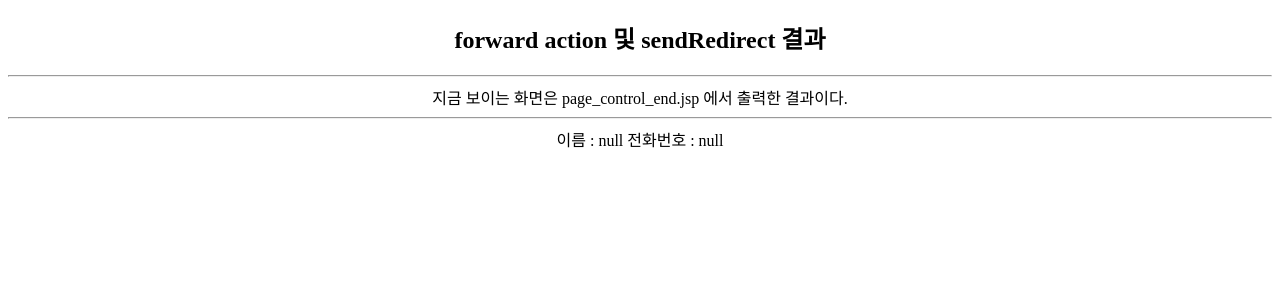
Repository: donggeonoh/My_Source
Page: http://localhost/WebProgramming/ch06/forward_action2.jsp
An editor plug-in stored every save of this project. The page is shown before and after the next save, followed by the edit.
The browser window is 1280 px wide. The pictures show the whole page.
The page is served by Tomcat 9.

Above is the page before, as saved 2016-10-13 10:47:45.

After the next save:
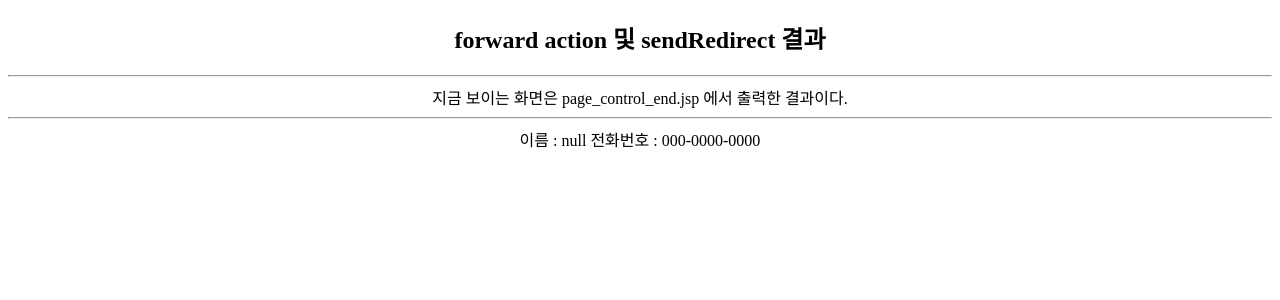
Saved 80 s later.
--- a/JSP-Web Source/WebProgramming/WebContent/ch06/forward_action2.jsp
+++ b/JSP-Web Source/WebProgramming/WebContent/ch06/forward_action2.jsp
@@ -2,7 +2,7 @@
     pageEncoding="UTF-8"%>
 <%request.setCharacterEncoding("UTF-8"); %>
 <jsp:forward page = "page_control_end.jsp">
-	<jsp:param value="tel" name="000-0000-0000"/>
+	<jsp:param name="tel" value="000-0000-0000"/>
 </jsp:forward>
 <!DOCTYPE html PUBLIC "-//W3C//DTD HTML 4.01 Transitional//EN" "http://www.w3.org/TR/html4/loose.dtd">
 <html>
